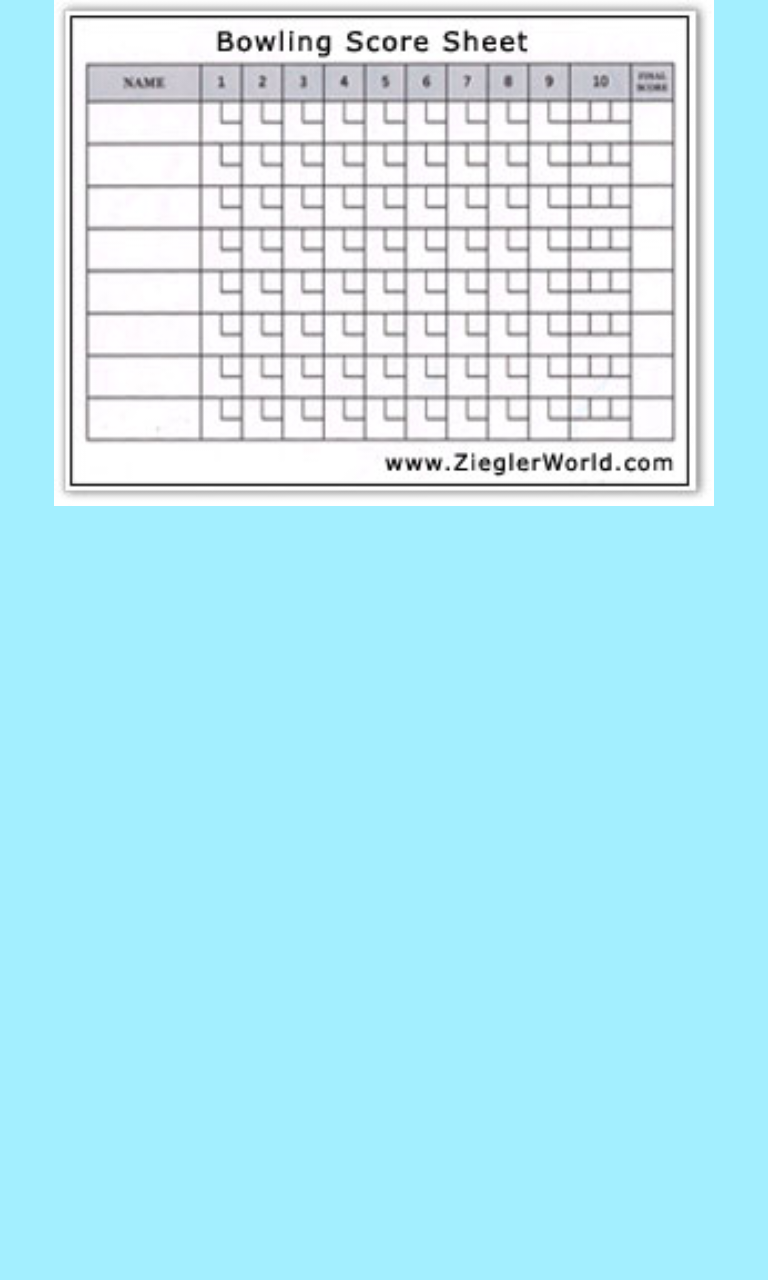
Repository: Atlaspud/TeamMasterE
Layout: BowlingGame/res/layout/activity_play.xml
These files come from the project's save history. The layout is drawn as it stood at one moment and after the next save; the edit follows.
It is drawn on a 768 x 1280 px phone screen (xhdpi) without system bars, with theme AppTheme; the app's code is not run.

Above is the layout before, as saved 2014-10-29 07:05:44.

### BowlingGame/res/layout/activity_play.xml
<RelativeLayout xmlns:android="http://schemas.android.com/apk/res/android"
    xmlns:tools="http://schemas.android.com/tools"
    android:id="@+id/containerGame"
    android:layout_width="match_parent"
    android:layout_height="match_parent"
    android:background="@color/light_blue"
    tools:context="au.edu.jcu.bowlinggame.MainActivity"
    tools:ignore="MergeRootFrame" >

    <ImageView
        android:id="@+id/imageView1"
        android:layout_width="match_parent"
        android:layout_height="253dp"
        android:src="@drawable/scoresheet" />

</RelativeLayout>

### BowlingGame/res/values/colours.xml
<?xml version="1.0" encoding="utf-8"?>
<resources>
    <color name="light_blue">#A3EFFF</color>
    <color name="red">#F40000</color>
    <color name="dark_red">#C90000</color>
    <color name="white">#FFFFFF</color>
</resources>

Loaded but not shown: BowlingGame/res/values/styles.xml (common file); BowlingGame/res/values-v11/styles.xml (common file); BowlingGame/res/values-v14/styles.xml (common file)

After the next save:
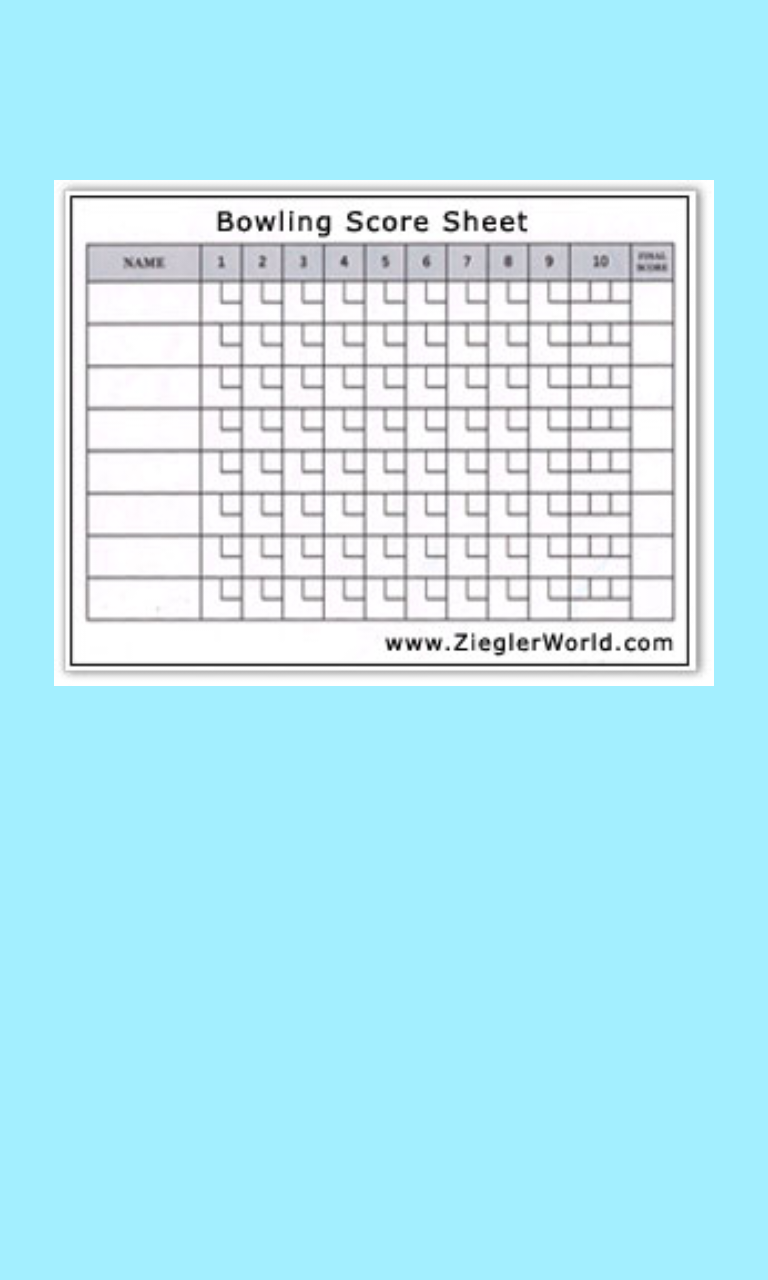
Saved 18 s later.
--- a/BowlingGame/res/layout/activity_play.xml
+++ b/BowlingGame/res/layout/activity_play.xml
@@ -11,6 +11,9 @@
         android:id="@+id/imageView1"
         android:layout_width="match_parent"
         android:layout_height="253dp"
+        android:layout_alignParentLeft="true"
+        android:layout_alignParentTop="true"
+        android:layout_marginTop="90dp"
         android:src="@drawable/scoresheet" />
 
 </RelativeLayout>
